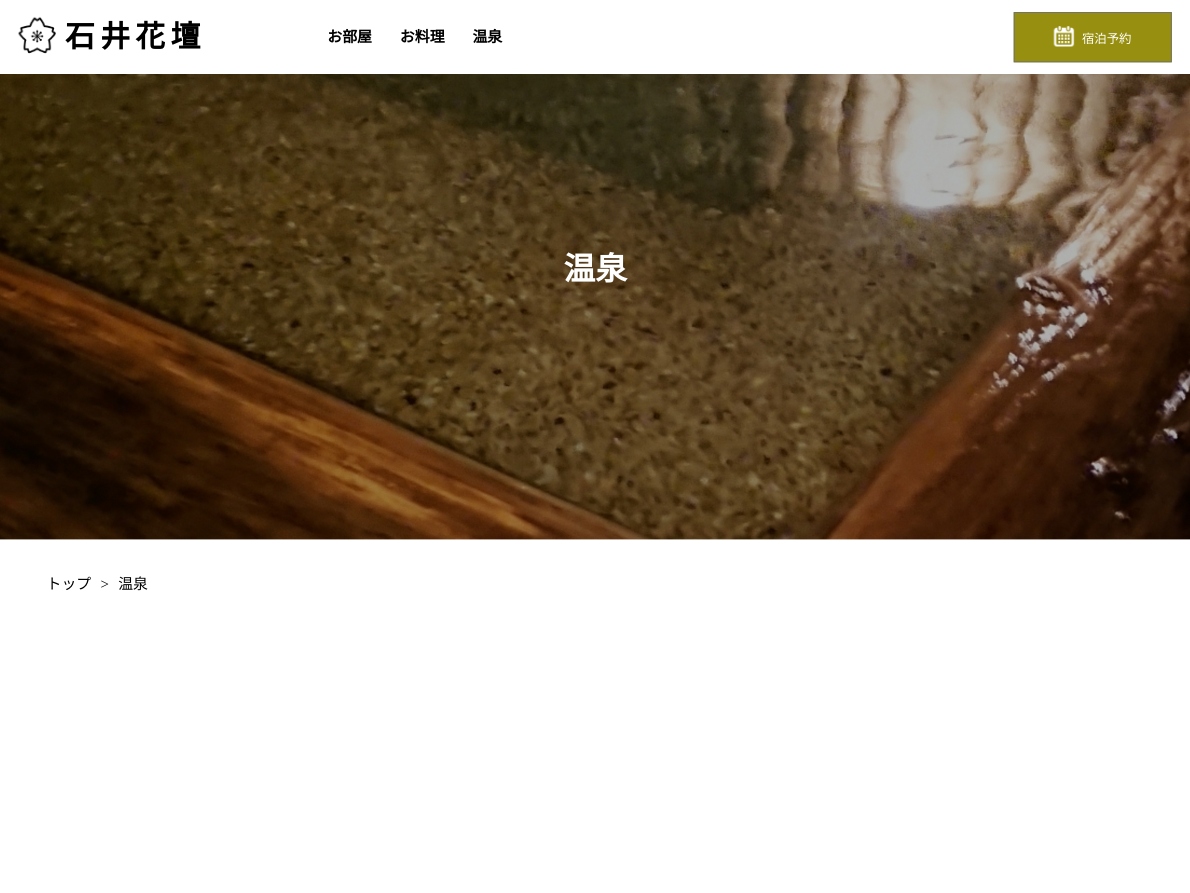
Repository: yuukiyokoyama/compex1
Page: hot-spring.html
The author's editor kept a copy of each file at every save. The page is drawn from the files as they stood at one save, then again after the next save.
The browser window is 1280 px wide. The pictures show the whole page, at 93% of full size.
The style sheet was rebuilt from its Sass, Less or Tailwind sources for each picture, by a compiler version that may differ from the author's.

Above is the page before, as saved 2021-09-20 00:53:13.

After the next save:
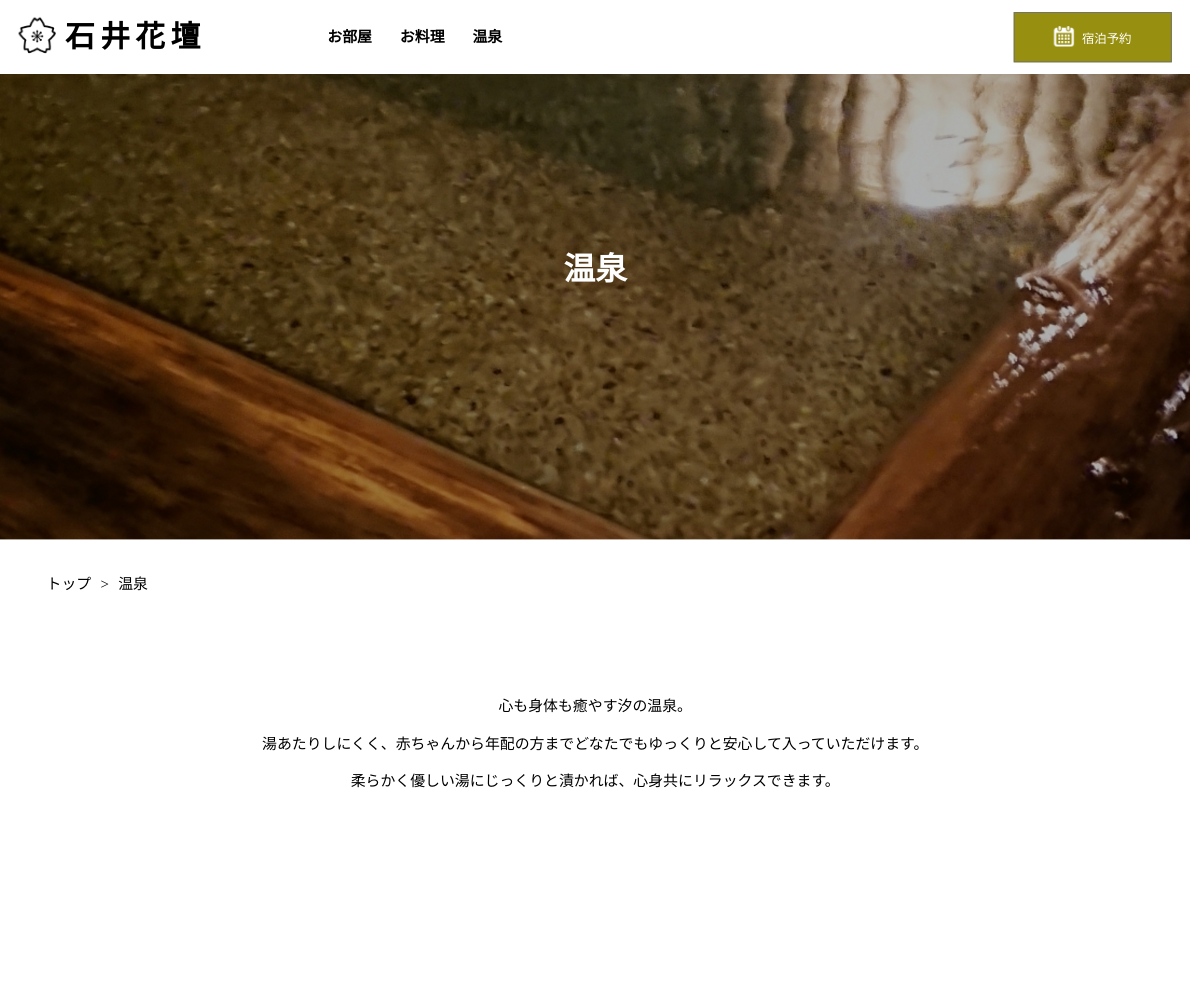
Saved 30 s later.
--- a/hot-spring.html
+++ b/hot-spring.html
@@ -204,7 +204,11 @@
             data-aos="fade-up"
             data-aos-duration="1000"
             data-aos-anchor^placement="bottom-bottom"
-          ></p>
+          >
+            心も身体も癒やす汐の温泉。<br />
+            湯あたりしにくく、赤ちゃんから年配の方までどなたでもゆっくりと安心して入っていただけます。<br />
+            柔らかく優しい湯にじっくりと漬かれば、心身共にリラックスできます。
+          </p>
         </div>
       </section>
       <section class="lower-detail"></section>

After the save that followed:
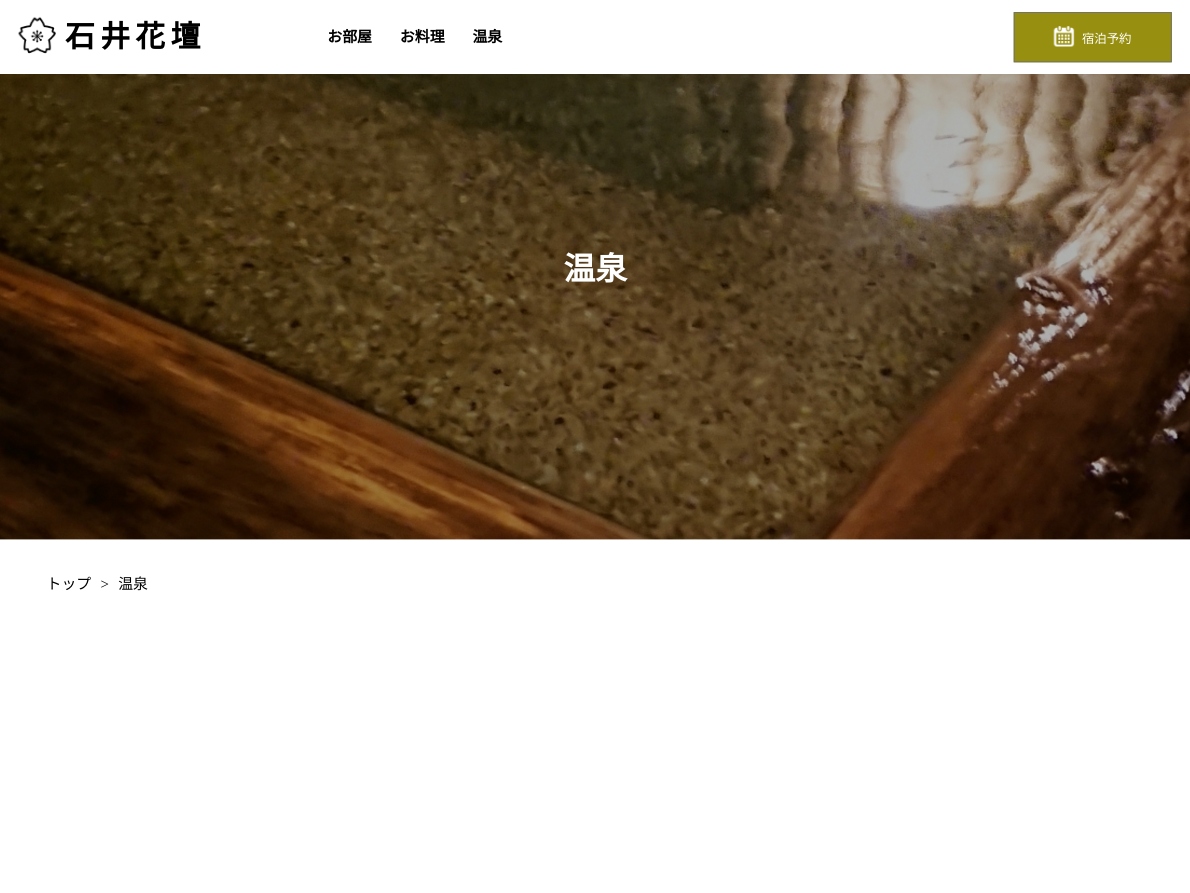
Saved 61 s later.
--- a/hot-spring.html
+++ b/hot-spring.html
@@ -197,20 +197,7 @@
           <li>温泉</li>
         </ul>
       </div>
-      <section class="lower-intro">
-        <div class="section__wrapper">
-          <p
-            class="lower-intro__text aos-init aos-animate"
-            data-aos="fade-up"
-            data-aos-duration="1000"
-            data-aos-anchor^placement="bottom-bottom"
-          >
-            心も身体も癒やす汐の温泉。<br />
-            湯あたりしにくく、赤ちゃんから年配の方までどなたでもゆっくりと安心して入っていただけます。<br />
-            柔らかく優しい湯にじっくりと漬かれば、心身共にリラックスできます。
-          </p>
-        </div>
-      </section>
+      <section class="lower-intro"></section>
       <section class="lower-detail"></section>
       <section class="effecacy-of-hot-sparings"></section>
     </main>
